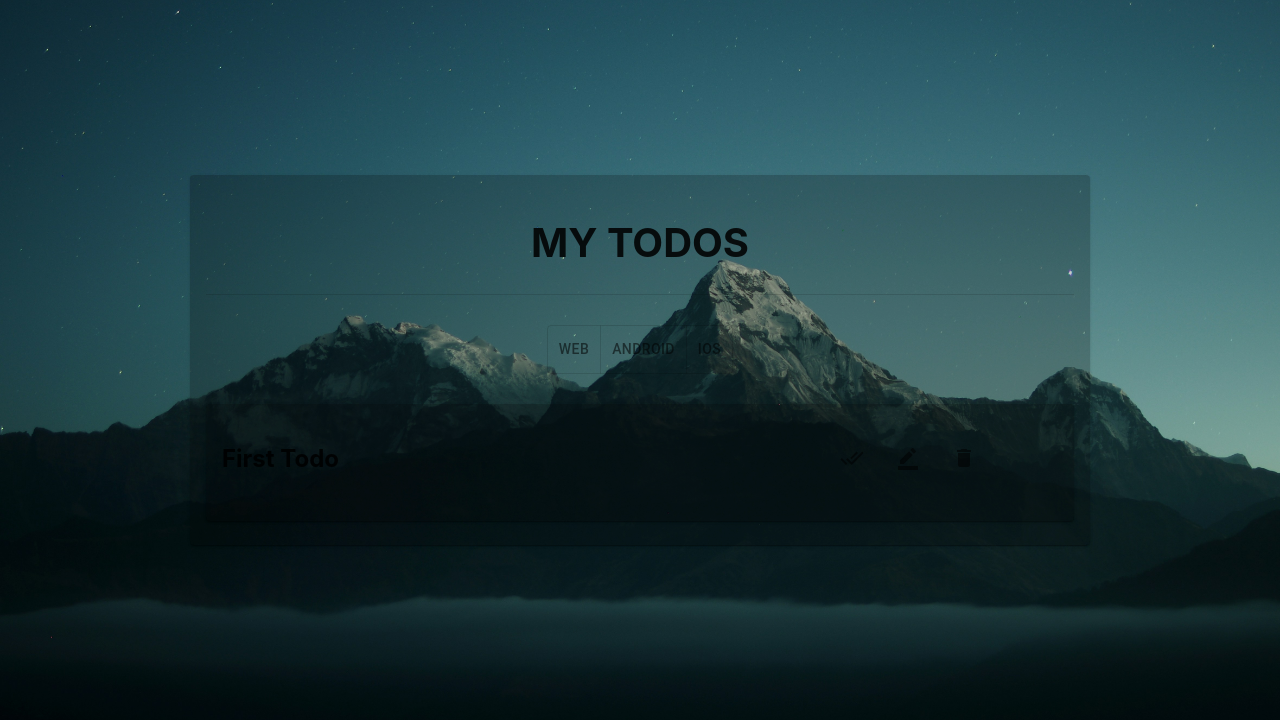
Repository: Ebadahamde/React-CRUDS-Project
Page: /
The author's editor kept a copy of each file at every save. The page is drawn from the files as they stood at one save, then again after a run of saves.
The browser window is 1280 px wide. The pictures show the whole page.
The project was rebuilt for these pictures with package versions that can differ from the ones it lists, and the page was loaded fresh each time.

Above is the page before, as saved 2025-08-23 16:37:37.

### src/App.js
import logo from './logo.svg';
import './App.css';
import BasicCard from './Componends/TodosList';

function App() {
  return (
    <div className="App"   style={{
    backgroundImage: "url('/Background2.jpg')",
    backgroundSize: "cover",
    backgroundPosition: "center",
    minHeight: "100vh"
  }}>
     <BasicCard/>
    </div>
  );
}

export default App;

### src/Componends/TodosList.js
import Card from "@mui/material/Card";
import Divider from "@mui/material/Divider";
import CardContent from "@mui/material/CardContent";
import Container from "@mui/material/Container";
// TOGGLE GROUP
import ToggleButton from "@mui/material/ToggleButton";
import ToggleButtonGroup from "@mui/material/ToggleButtonGroup";
import Todo from "./todo";
// TOGGLE GROUP

export default function BasicCard() {
  return (
    <Container
      maxWidth="md"
      sx={{
        display: "flex",
        justifyContent: "center",
        alignItems: "center",
        minHeight: "100vh",
        borderRadius: "100px",
      }}
    >
      <Card sx={{ minWidth: 900, background: "#00000035" }}>
        <CardContent>
          <h1 style={{ fontSize: "40PX" }}>MY TODOS</h1>
          <Divider />

          {/* TOGGLE GROUP */}
          <ToggleButtonGroup
            color="primary"
            //   value={alignment}
            exclusive
            //   onChange={handleChange}
            aria-label="Platform"
            style={{ marginTop: "30px", marginBottom: "30px" }}
          >
            <ToggleButton value="web">Web</ToggleButton>
            <ToggleButton value="android">Android</ToggleButton>
            <ToggleButton value="ios">iOS</ToggleButton>
          </ToggleButtonGroup>
          {/* ====TOGGLE GROUP==== */}
          <Todo />
        </CardContent>
      </Card>
    </Container>
  );
}

### src/Componends/todo.js
import Card from "@mui/material/Card";
import CardContent from "@mui/material/CardContent";
import Grid from "@mui/material/Grid";
import DoneAllIcon from '@mui/icons-material/DoneAll';
import DeleteIcon from "@mui/icons-material/Delete";
import IconButton from "@mui/material/IconButton";
import Stack from "@mui/material/Stack";
import BorderColorIcon from "@mui/icons-material/BorderColor";

export default function Todo() {
  return (
    <Card sx={{ background: "#00000035", minWidth: 275 }}>
      <CardContent>
        <Grid container spacing={2}>
          <Grid size={8}>
            <p style={{fontWeight:"bold" , fontSize: "24px", textAlign: "left" }}>First Todo</p>
          </Grid>
          <Grid
            sx={{
              display: "flex",
              justifyContent: "center",
              alignItems: "center",
            }}
            size={4}
          >
            <>
              <Stack direction="row" background={"black"} spacing={2}>
                <IconButton>
                  <DoneAllIcon  />
                </IconButton>
                <IconButton>
                  <BorderColorIcon />
                </IconButton>
                <IconButton>
                  <DeleteIcon />
                </IconButton>
                <IconButton></IconButton>
              </Stack>
            </>
          </Grid>
        </Grid>
      </CardContent>
    </Card>
  );
}

Loaded but not shown: public/index.html (common file); src/index.js (common file); src/index.css (common file); src/reportWebVitals.js (common file); src/App.css (common file)

After the next 12 saves:
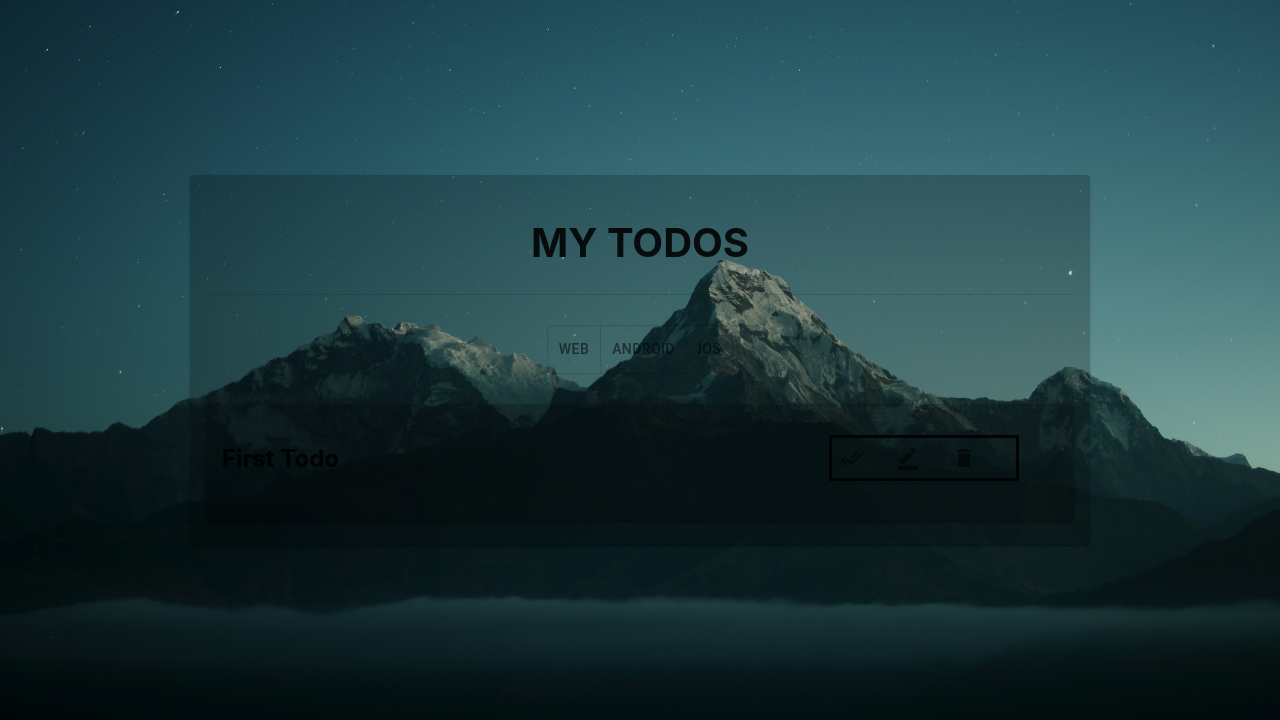
The 12 saves are shown as one change because they came seconds apart.
The last was saved 34 s later.
--- a/src/Componends/todo.js
+++ b/src/Componends/todo.js
@@ -24,7 +24,7 @@
             size={4}
           >
             <>
-              <Stack direction="row" background={"black"} spacing={2}>
+              <Stack direction="row"  spacing={2} sx={{border:"solid , "}}>
                 <IconButton>
                   <DoneAllIcon  />
                 </IconButton>

After the 2 saves that followed:
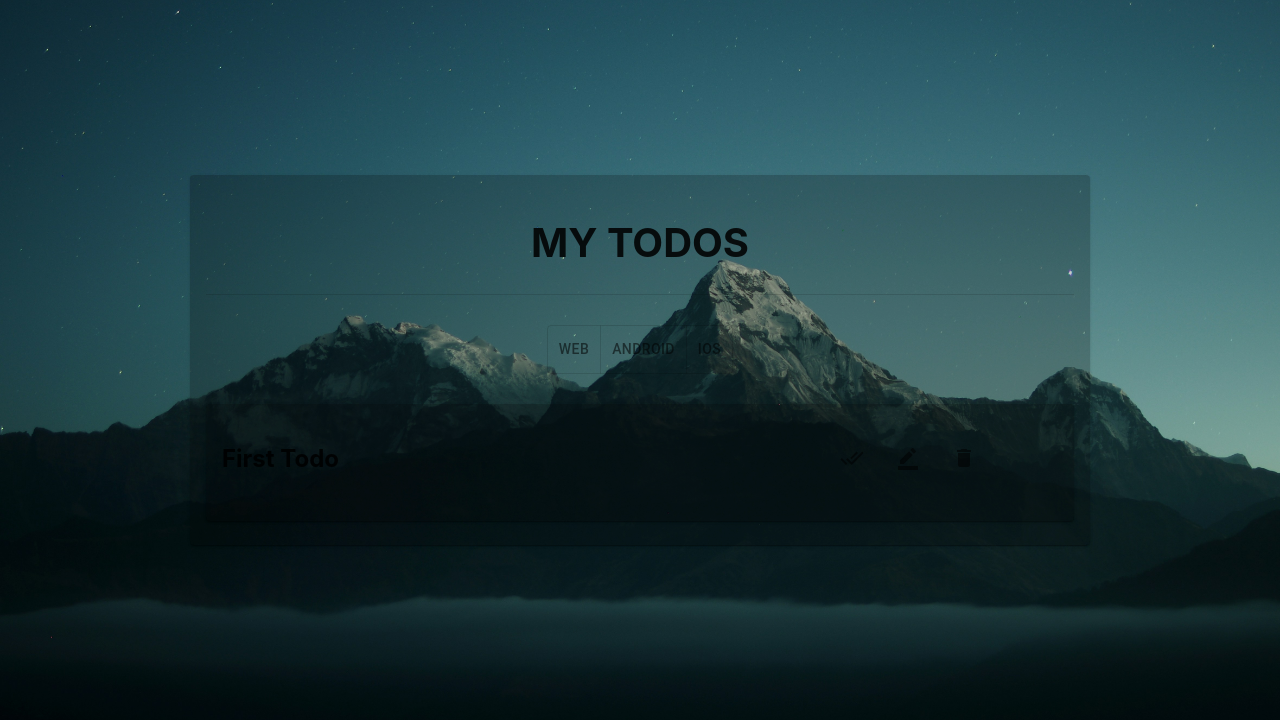
The 2 saves are shown as one change because 1 left the picture as it was.
The last was saved 24 s later.
--- a/src/Componends/todo.js
+++ b/src/Componends/todo.js
@@ -24,7 +24,7 @@
             size={4}
           >
             <>
-              <Stack direction="row"  spacing={2} sx={{border:"solid , "}}>
+              <Stack direction="row"  spacing={2} >
                 <IconButton>
                   <DoneAllIcon  />
                 </IconButton>
